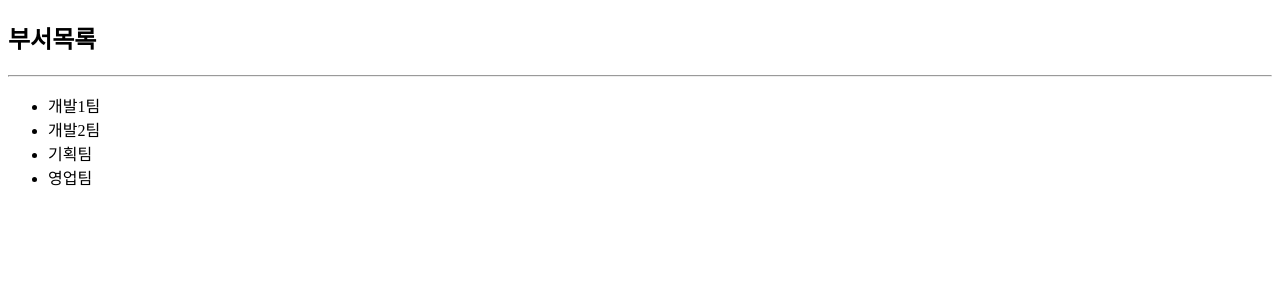
Repository: MegiLove/html_css
Page: http://localhost/day1130/deptList.jsp
An editor plug-in stored every save of this project. The page is shown before and after the next save, followed by the edit.
The browser window is 1280 px wide. The pictures show the whole page.
The page is served by Tomcat 9. Other server files are loaded and not shown. Queries for data that is not in the repository find no rows.

Above is the page before, as saved 2021-11-30 00:44:41.

### day1130/src/main/webapp/deptList.jsp
<%@page import="java.util.ArrayList"%>
<%@ page language="java" contentType="text/html; charset=EUC-KR"
    pageEncoding="EUC-KR"%>
<!DOCTYPE html>
<html>
<head>
<meta charset="EUC-KR">
<title>Insert title here</title>
</head>
<body>
	<%
		//String []data={"개발1팀","개발2팀","기획팀","영업팀"};
		ArrayList<String> data= new ArrayList();
		data.add("개발1팀");
		data.add("개발2팀");
		data.add("기획팀");
		data.add("영업팀");
	%>
	<h2>부서목록</h2>
	<hr>
	<ul>
			<%
				for(String dname:data){
					%>
					<li><%=dname %></li>
					<%
				}
			%>
	</ul>
</body>
</html>

### day1130/src/main/java/com/sist/dao/DeptDao.java
package com.sist.dao;

import java.sql.Connection;
import java.sql.DriverManager;
import java.sql.ResultSet;
import java.sql.Statement;
import java.util.ArrayList;

public class DeptDao {
	public ArrayList<String> listDname(){
		ArrayList<String> list= new ArrayList<String>();
		String sql="select dname from dept";
		String driver="oracle.jdbc.driver.OracleDriver";
		String url="jdbc:oracle:thin:@localhost:1521:XE";
		String user="c##madang";
		String pwd="madang";
		Connection conn= null;
		Statement stmt=null;
		ResultSet rs= null;

		try {
			Class.forName(driver);
			conn= DriverManager.getConnection(url, user, pwd);
			stmt= conn.createStatement();
			rs=stmt.executeQuery(sql);
			while(rs.next()) {
				list.add(rs.getString(1));
			}
		} catch (Exception e) {
			System.out.println("예외발생: "+e.getMessage());
		}finally {
			try {
				if(rs!=null) {
					rs.close();
				}
				if(stmt!=null) {
					stmt.close();
				}
				if(conn!=null) {
					conn.close();
				}
			} catch (Exception e2) {
				// TODO: handle exception
			}
		}
		return list;
	}
}

After the next save:
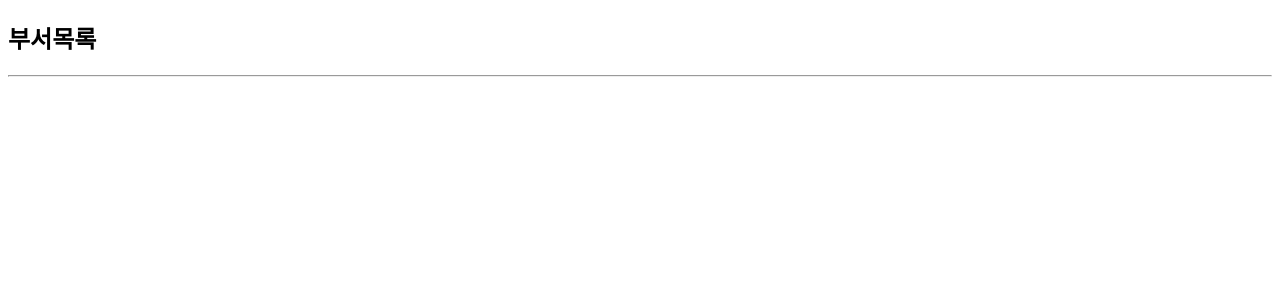
Saved 2 min 41 s later.
--- a/day1130/src/main/webapp/deptList.jsp
+++ b/day1130/src/main/webapp/deptList.jsp
@@ -1,3 +1,4 @@
+<%@page import="com.sist.dao.DeptDao"%>
 <%@page import="java.util.ArrayList"%>
 <%@ page language="java" contentType="text/html; charset=EUC-KR"
     pageEncoding="EUC-KR"%>
@@ -10,11 +11,14 @@
 <body>
 	<%
 		//String []data={"개발1팀","개발2팀","기획팀","영업팀"};
-		ArrayList<String> data= new ArrayList();
-		data.add("개발1팀");
-		data.add("개발2팀");
-		data.add("기획팀");
-		data.add("영업팀");
+		//ArrayList<String> data= new ArrayList();
+		//data.add("개발1팀");
+		//data.add("개발2팀");
+		//data.add("기획팀");
+		//data.add("영업팀");
+
+		DeptDao dao= new DeptDao();
+		ArrayList<String> data= dao.listDname();
 	%>
 	<h2>부서목록</h2>
 	<hr>
